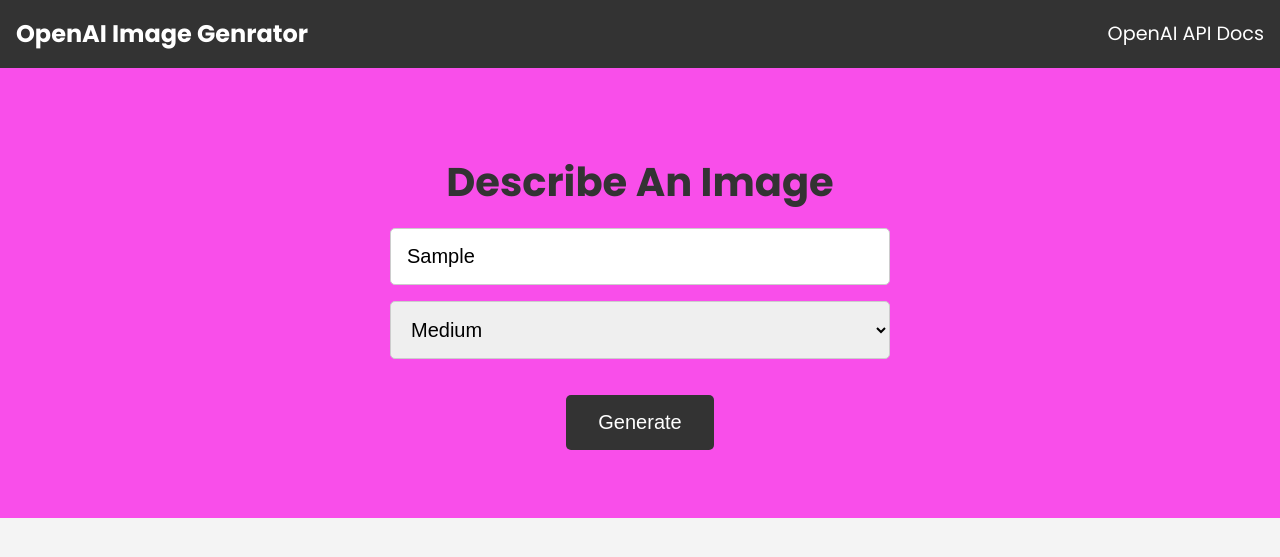
Repository: lvcg/aiimagegenerator
Page: public/index.html
These files come from the project's save history. The page is drawn as it stood at one moment and after a run of saves; the edit follows.
The browser window is 1280 px wide. The pictures show the whole page.
Empty fields were first filled with sample values (such as "Sample", 5 or name@example.com).
After loading, the first visible `#image-form` was submitted once.

Above is the page before, as saved 2022-12-17 11:24:26.

After the next 6 saves:
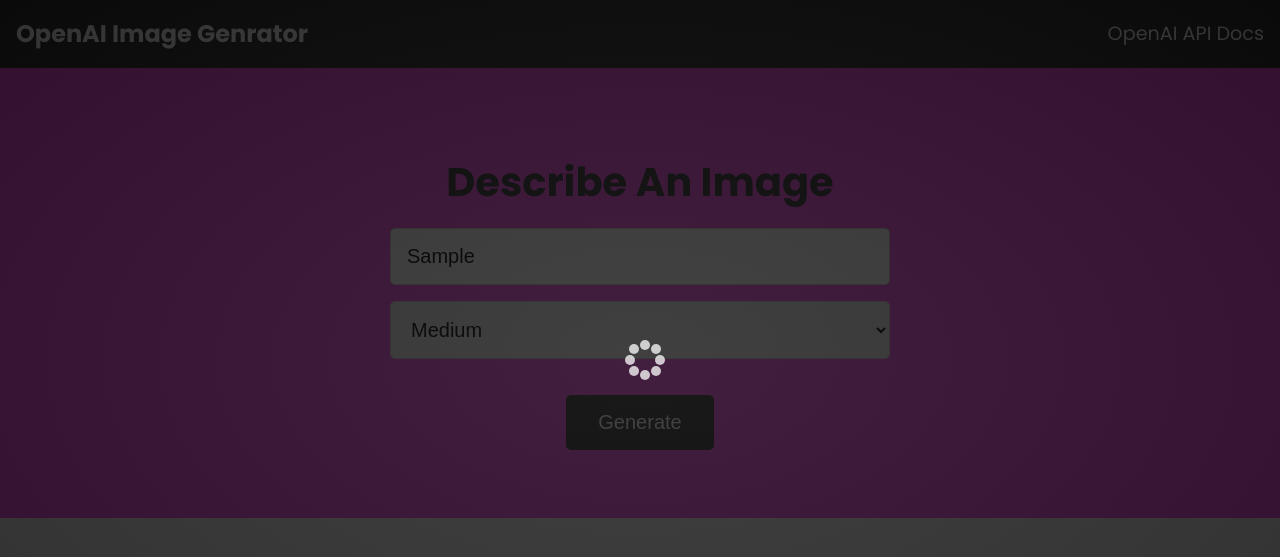
The 6 saves are shown as one change because they came seconds apart.
The last was saved 15 s later.
--- a/public/js/main.js
+++ b/public/js/main.js
@@ -14,7 +14,7 @@ function onSubmit(e) {
 
 async function generateImageRequest(prompt, size){
     try {
-
+        showSpinner()
     } catch (error) {
 
     }
